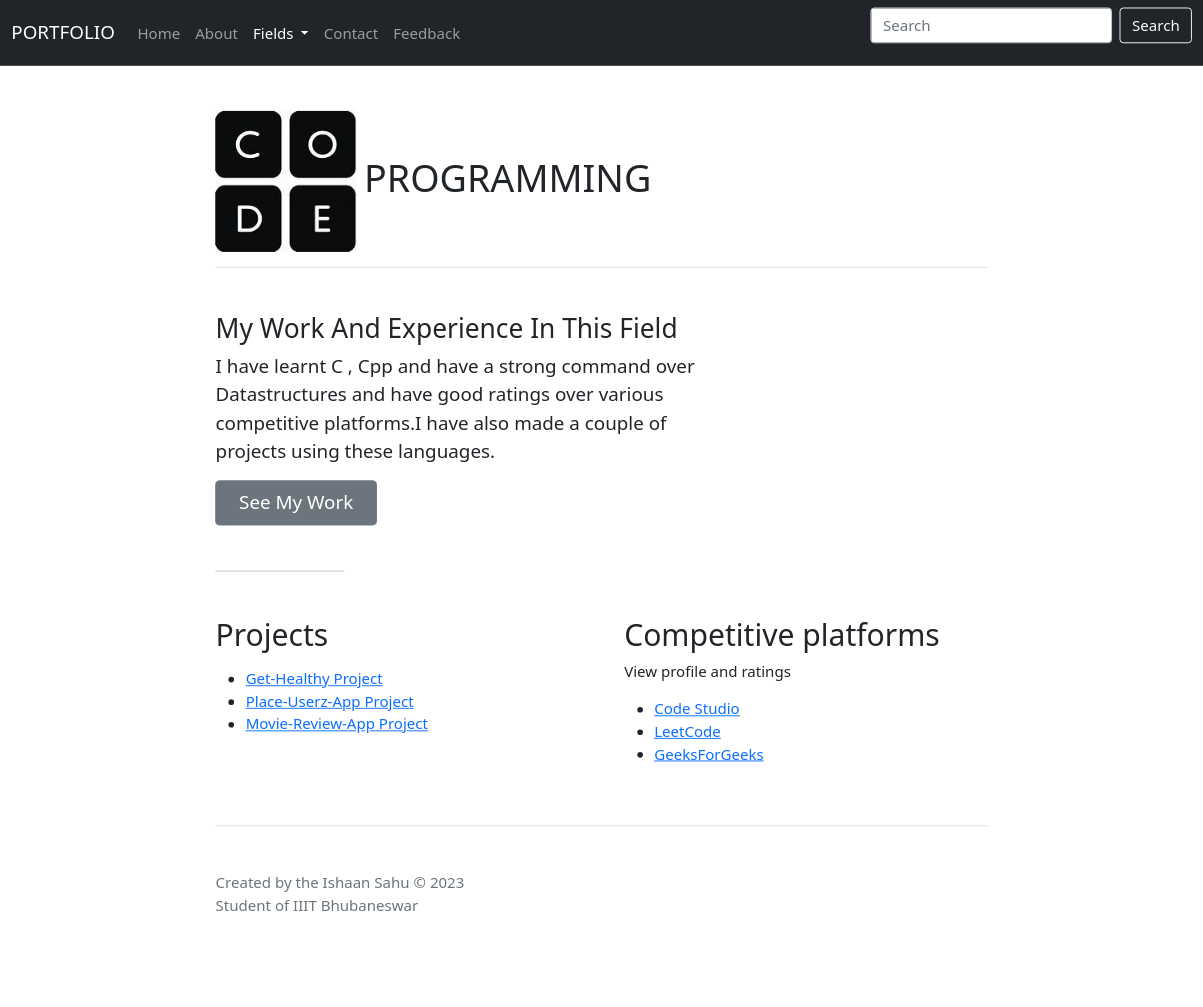
Repository: ishaan51551/Ishaan-s-Portfolio-
Page: programming.html
An editor plug-in stored every save of this project. The page is shown before and after the next save, followed by the edit.
The browser window is 1280 px wide. The pictures show the whole page, at 94% of full size.

Above is the page before, as saved 2023-09-13 15:43:59.

After the next save:
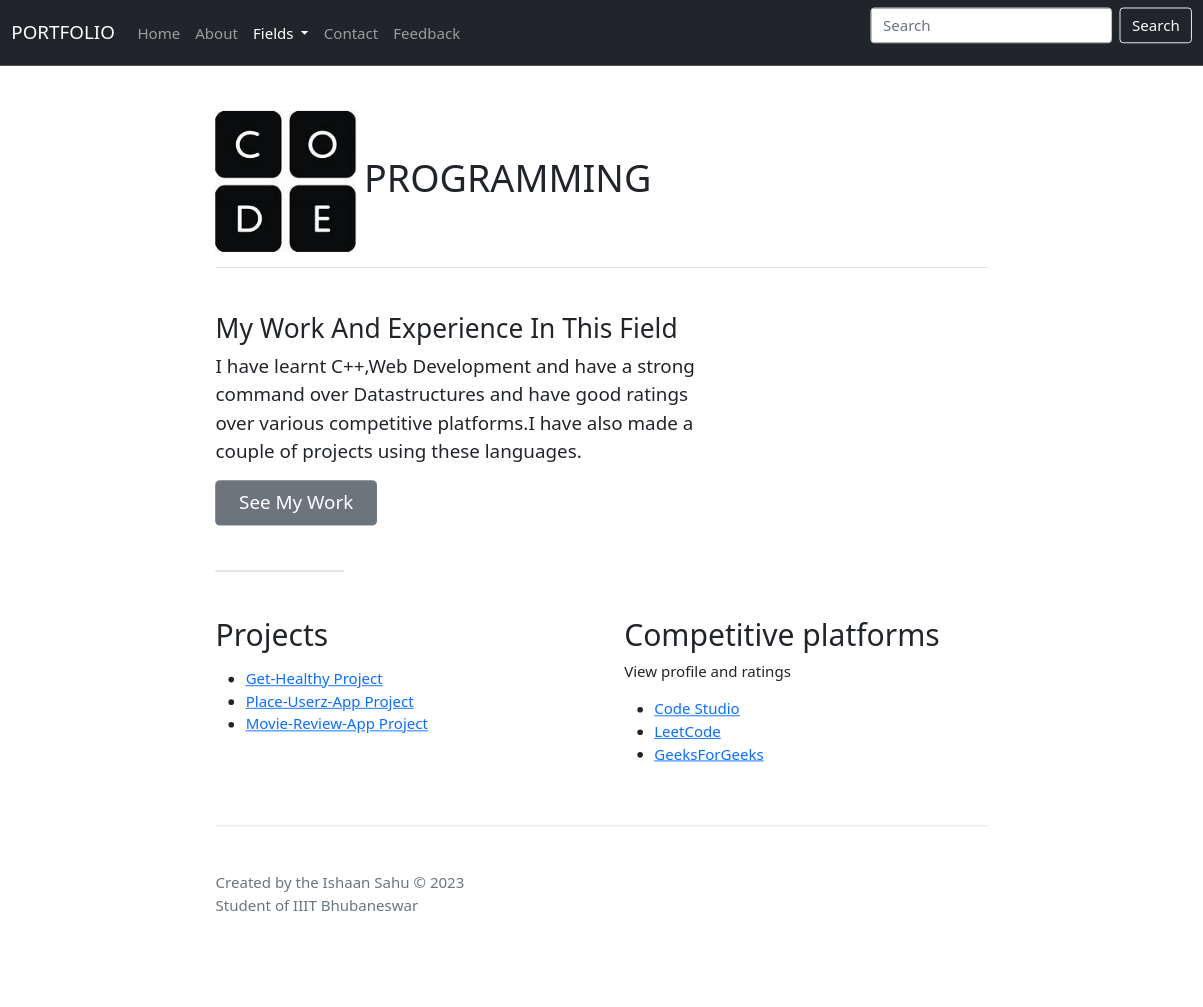
Saved 23 s later.
--- a/programming.html
+++ b/programming.html
@@ -89,7 +89,7 @@
 
     <main>
       <h3>My Work And Experience In This Field</h3>
-      <p class="fs-5 col-md-8">I have learnt C , Cpp and have a strong command over Datastructures and have good ratings
+      <p class="fs-5 col-md-8">I have learnt C++,Web Development and have a strong command over Datastructures and have good ratings
         over various competitive platforms.I have also made a couple of projects using these languages. </p>
 
       <div class="mb-5">
